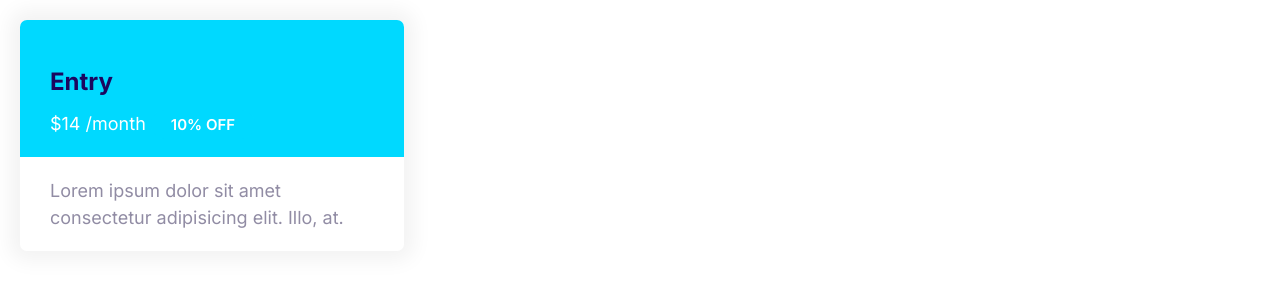
Repository: Qiwenweiii/CodeWithMosh
Page: index.html
An editor plug-in stored every save of this project. The page is shown before and after the next save, followed by the edit.
The browser window is 1280 px wide. The pictures show the whole page.

Above is the page before, as saved 2021-11-11 22:03:31.

After the next save:
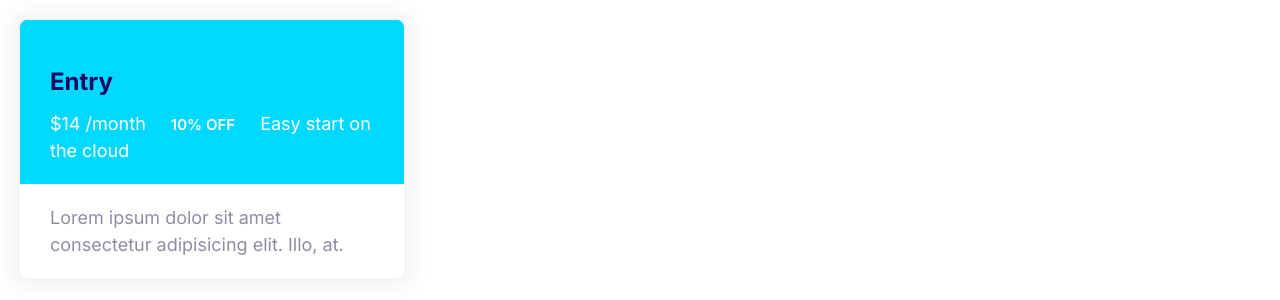
Saved 36 s later.
--- a/index.html
+++ b/index.html
@@ -22,6 +22,7 @@
                     <span class="plan__price">$14</span>
                     <span class="billing-cycle">/month</span>
                     <span class="badge badge--secondary badge-small">10% OFF</span>
+                    <span class="plan__description">Easy start on the cloud</span>
                 </header>
                 <div class="card__body">
                     Lorem ipsum dolor sit amet consectetur adipisicing elit. Illo, at.
